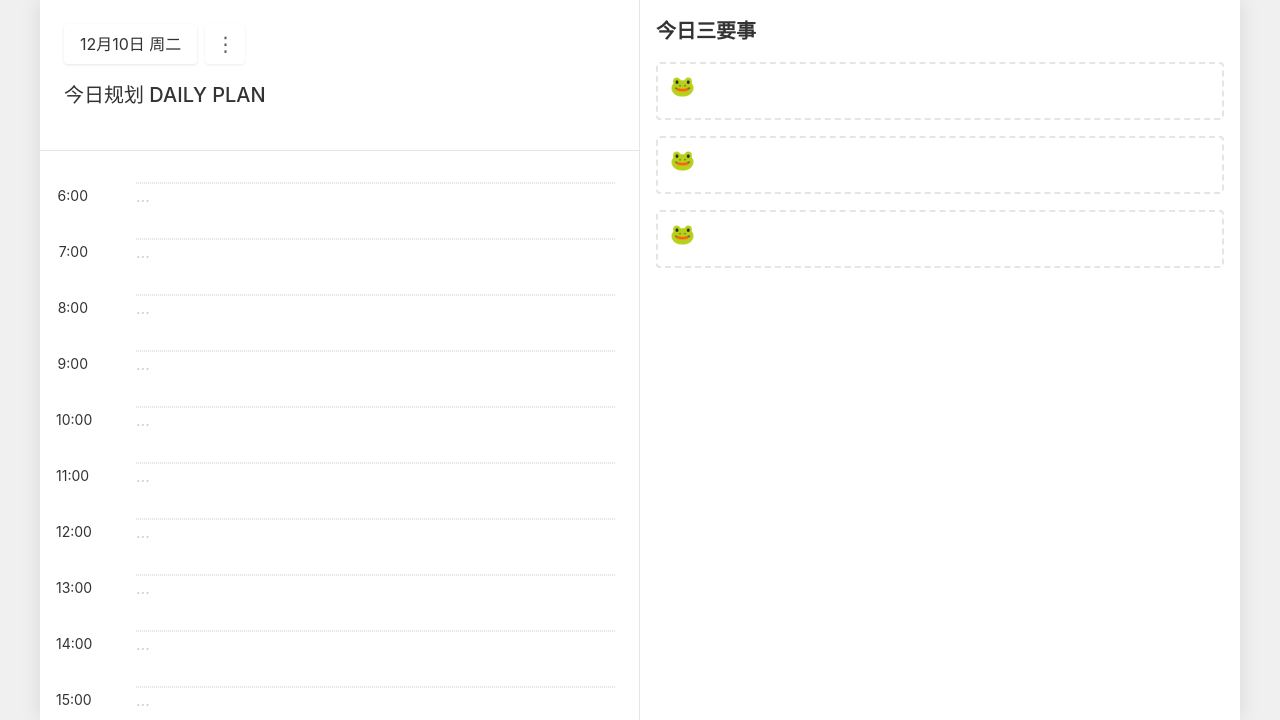
Repository: a6288a/Daily-Planner
Page: index.html
An editor plug-in stored every save of this project. The page is shown before and after a run of saves, followed by the edit.
The browser window is 1280 px wide. The pictures show the whole page.
An inner scrolling area shows only its first screen.

Above is the page before, as saved 2024-12-10 17:50:03.

After the next 2 saves:
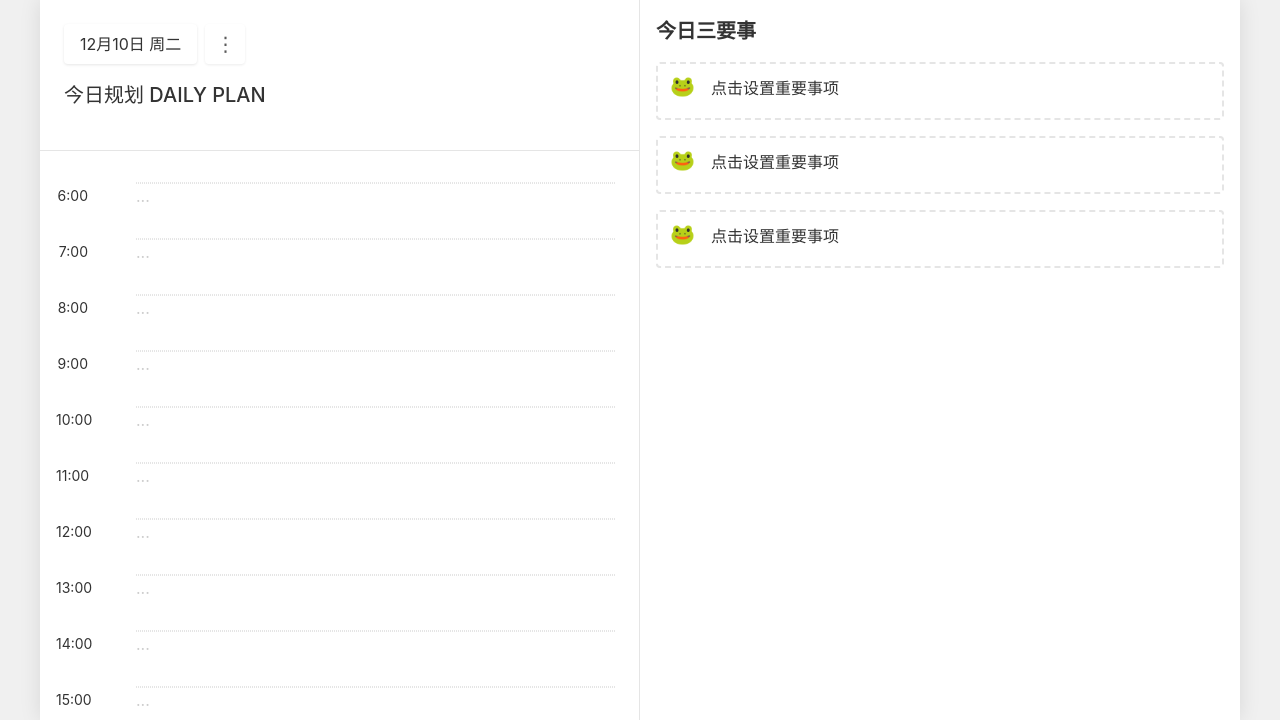
The 2 saves are shown as one change because they came seconds apart.
The last was saved 23 min 27 s later.
--- a/script.js
+++ b/script.js
@@ -8,7 +8,7 @@ if (!dailyData[currentDateKey]) {
     dailyData[currentDateKey] = {
         timelineData: {},
         freeNotes: [],
-        frogTasks: ['', '', '']
+        frogTasks: [null, null, null]
     };
 }
 
@@ -301,7 +301,7 @@ function initializeFrogTasks() {
             showTaskMenu(task, index);
         });
 
-        // ��除按钮点击事件
+        // 除按钮点击事件
         clearBtn.addEventListener('click', (e) => {
             e.stopPropagation();
             clearTask(index);
@@ -340,7 +340,7 @@ function showTaskMenu(task, taskIndex) {
     menu.style.top = `${rect.bottom + 5}px`;
     menu.style.left = `${rect.left}px`;
 
-    // 添加菜单项点击事件
+    // ���加菜单项点击事件
     menu.addEventListener('click', (e) => {
         const menuItem = e.target.closest('.menu-item');
         if (!menuItem) return;
@@ -363,21 +363,27 @@ function showTaskMenu(task, taskIndex) {
 }
 
 function setTask(index, content) {
-    dailyData[currentDateKey].frogTasks[index] = content;
+    // 保存任务内容和来源信息
+    dailyData[currentDateKey].frogTasks[index] = {
+        content: content,
+        timestamp: Date.now()
+    };
     updateFrogTasks();
+    saveToLocalStorage();
 }
 
 function clearTask(index) {
-    dailyData[currentDateKey].frogTasks[index] = '';
+    dailyData[currentDateKey].frogTasks[index] = null;
     updateFrogTasks();
+    saveToLocalStorage();
 }
 
 function updateFrogTasks() {
     const taskContents = document.querySelectorAll('.task-content');
-    dailyData[currentDateKey].frogTasks.forEach((content, index) => {
+    dailyData[currentDateKey].frogTasks.forEach((task, index) => {
         const taskContent = taskContents[index];
-        if (content) {
-            taskContent.textContent = content;
+        if (task && task.content) {
+            taskContent.textContent = task.content;
             taskContent.classList.add('has-content');
         } else {
             taskContent.textContent = '点击设置重要事项';
@@ -416,7 +422,14 @@ function loadDailyData() {
     // 加载青蛙任务
     const taskContents = document.querySelectorAll('.task-content');
     dailyData[currentDateKey].frogTasks.forEach((task, index) => {
-        taskContents[index].textContent = task ? task.content : '';
+        const taskContent = taskContents[index];
+        if (task && task.content) {
+            taskContent.textContent = task.content;
+            taskContent.classList.add('has-content');
+        } else {
+            taskContent.textContent = '点击设置重要事项';
+            taskContent.classList.remove('has-content');
+        }
     });
 }
 
@@ -448,7 +461,7 @@ function initializeDate() {
                 dailyData[currentDateKey] = {
                     timelineData: {},
                     freeNotes: [],
-                    frogTasks: ['', '', '']
+                    frogTasks: [null, null, null]
                 };
             }
             updateDateDisplay();
@@ -566,7 +579,7 @@ function clearAllData() {
         dailyData[currentDateKey] = {
             timelineData: {},
             freeNotes: [],
-            frogTasks: ['', '', '']
+            frogTasks: [null, null, null]
         };
 
         // 重新加载页面
